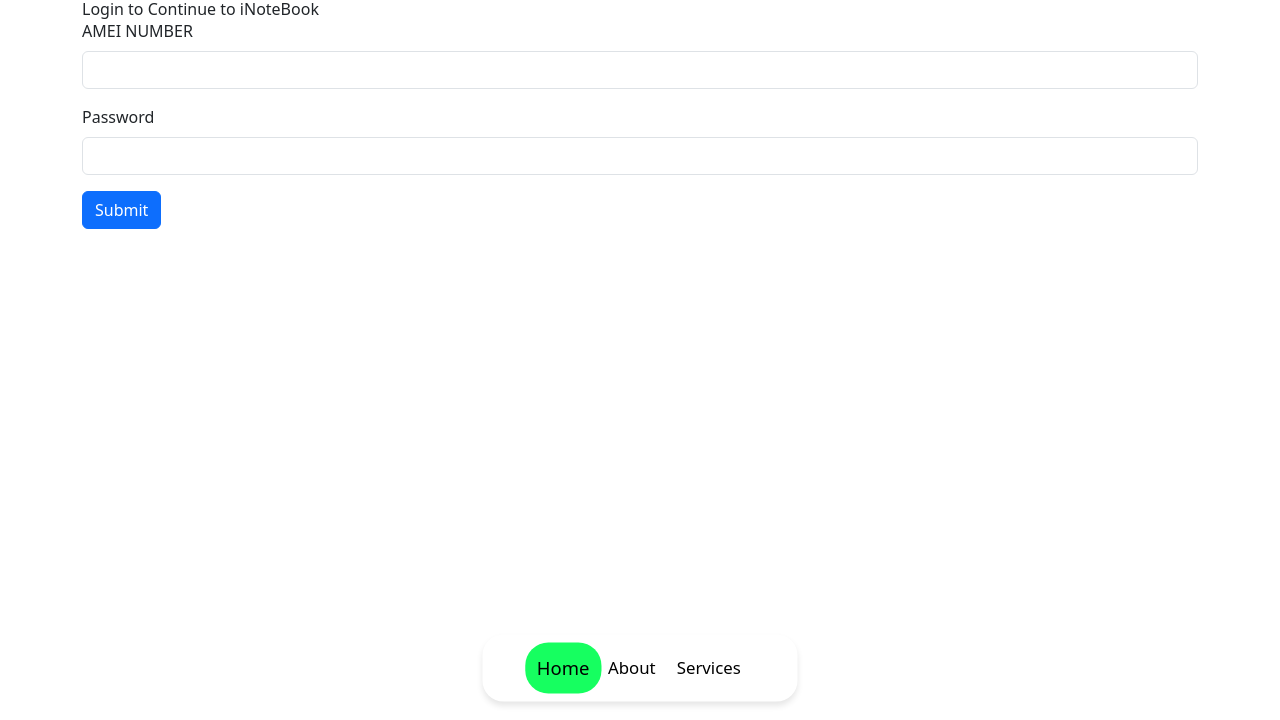
Repository: shash0708/GMR-Lines
Page: /login (app in frontend/)
These files come from the project's save history. The page is drawn as it stood at one moment and after the next save; the edit follows.
The browser window is 1280 px wide. The pictures show the whole page.
The pointer rests on the first visible `.navbar-items a`.
The page's requests for data from a server got no answer. The project was rebuilt for these pictures with package versions that can differ from the ones it lists, and the page was loaded fresh each time. No one was signed in, and anything a server would have sent is missing. Also part of the build but not shown: frontend/src/components/Buttons/Buttons.component.jsx, frontend/src/components/Home/Home.component.jsx, frontend/src/components/Form/Form.css, frontend/src/components/speedDail/SpeedDail.component.jsx, frontend/src/components/Form/Form.component.jsx, frontend/src/components/Card/Card.jsx, frontend/src/components/Card/Card.css, frontend/src/components/Card/Card.component.jsx and 4 more.

Above is the page before, as saved 2024-09-08 23:20:13.

After the next save:
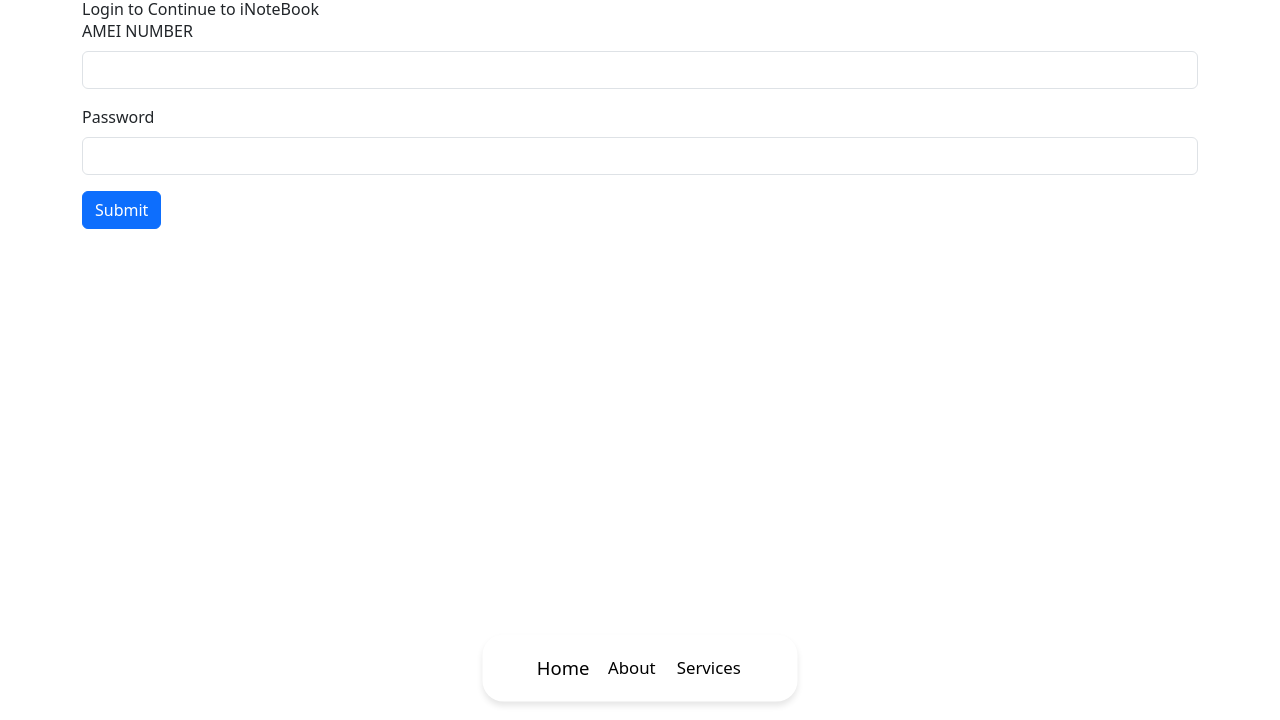
Saved 14 s later.
--- a/frontend/src/components/Header/Navbar.css
+++ b/frontend/src/components/Header/Navbar.css
@@ -46,7 +46,7 @@
   }
 
   .navbar-items a:hover {
-    background-color: #16ff60;
+    border-color: #16ff60;
     border-radius: 20px;
     transform: scale(1.1); /* Zoom in on hover */
   }

After the 6 saves that followed:
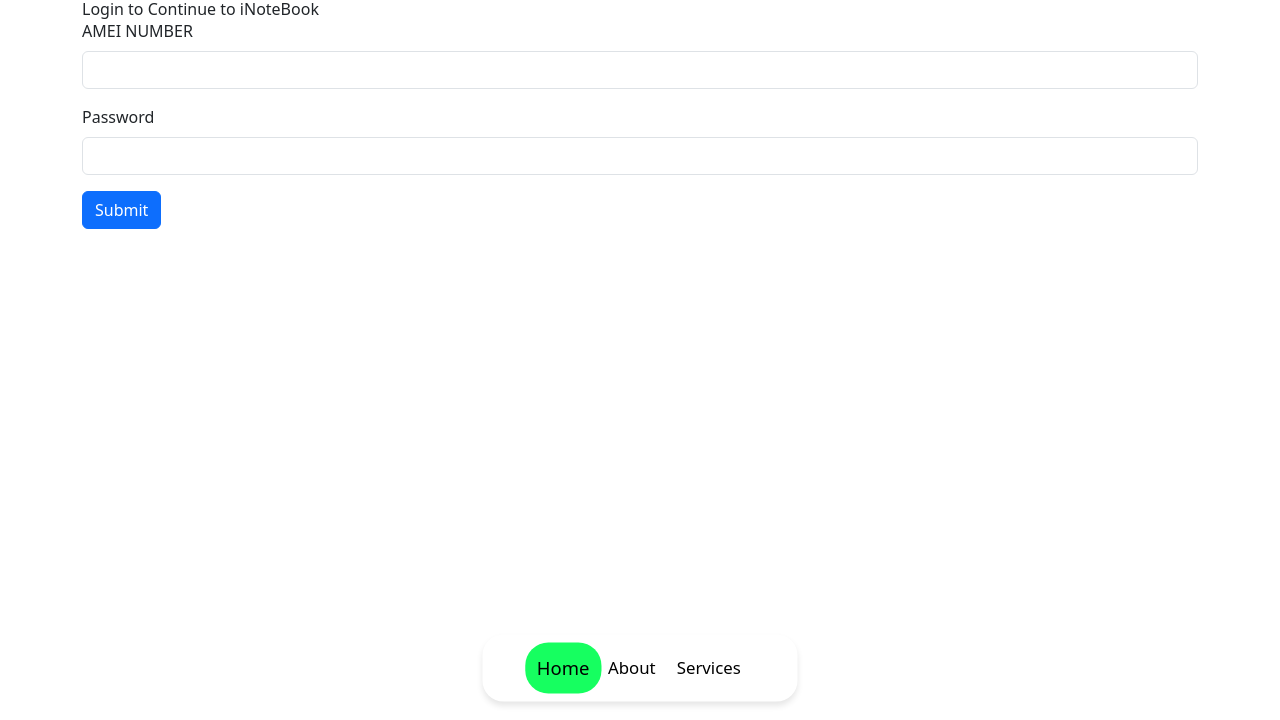
The 6 saves are shown as one change because 3 left the picture as it was and some came seconds apart.
The last was saved 71 s later.
--- a/frontend/src/components/Header/Navbar.css
+++ b/frontend/src/components/Header/Navbar.css
@@ -46,7 +46,7 @@
   }
 
   .navbar-items a:hover {
-    border-color: #16ff60;
+    background-color: #16ff60;
     border-radius: 20px;
     transform: scale(1.1); /* Zoom in on hover */
   }
